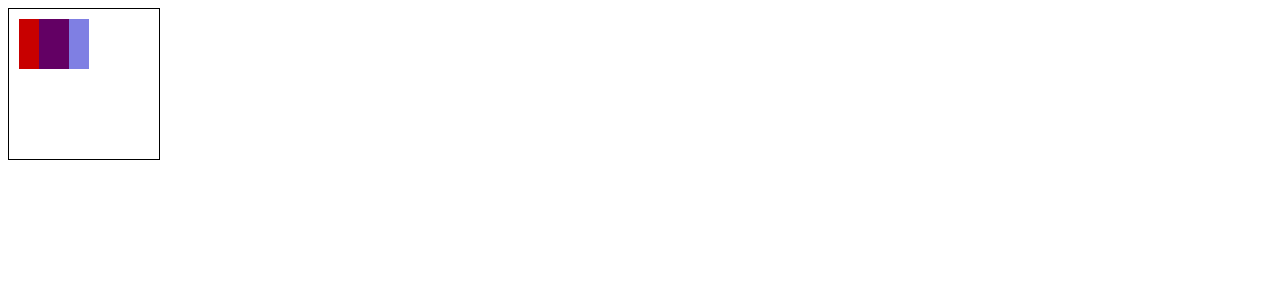
Repository: SeungYn/Javascript-study-toy
Page: canvas-tutorial/index.html
These files come from the project's save history. The page is drawn as it stood at one moment and after the next save; the edit follows.
The browser window is 1280 px wide. The pictures show the whole page.

Above is the page before, as saved 2023-03-14 11:15:11.

After the next save:
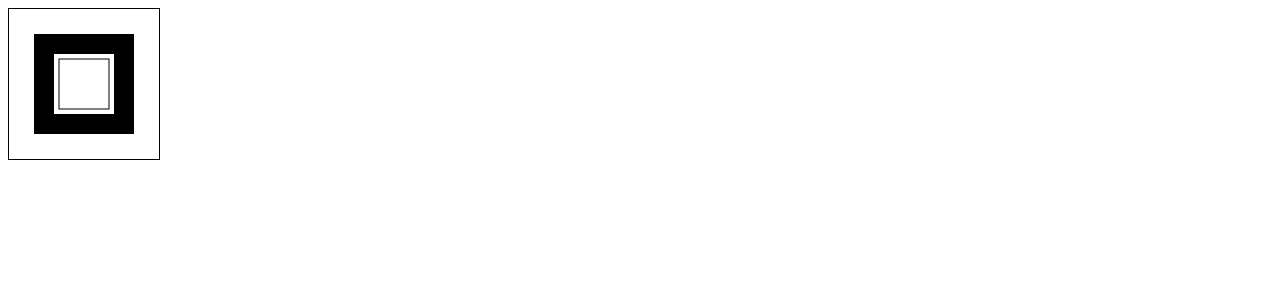
Saved 4 min 14 s later.
--- a/canvas-tutorial/index.html
+++ b/canvas-tutorial/index.html
@@ -19,10 +19,8 @@
     const canvas = document.getElementById('tutorial');
     const ctx = canvas.getContext('2d');
 
-    ctx.fillStyle = 'rgb(200,0,0)';
-    ctx.fillRect(10, 10, 50, 50);
-
-    ctx.fillStyle = 'rgba(0, 0, 200, 0.5)';
-    ctx.fillRect(30, 10, 50, 50);
+    ctx.fillRect(25, 25, 100, 100);
+    ctx.clearRect(45, 45, 60, 60);
+    ctx.strokeRect(50, 50, 50, 50);
   </script>
 </html>
